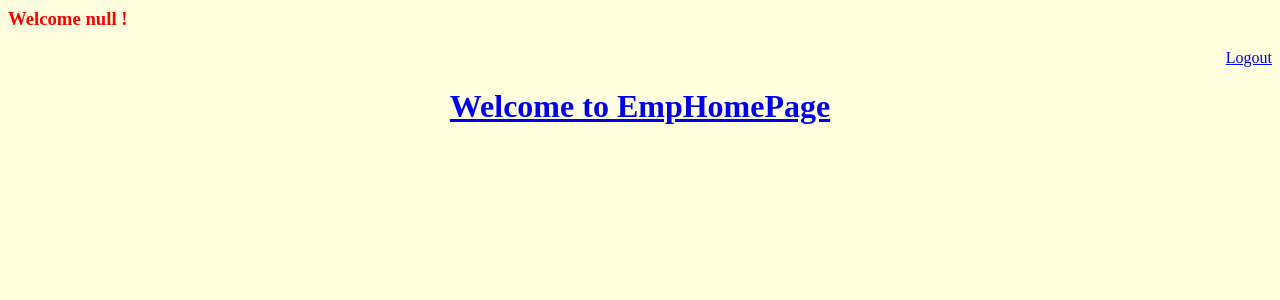
Repository: Ranjith-Kondra/FSD57_MODULE3
Page: http://localhost/EmpWebApp/EmpHomePage
The author's editor kept a copy of each file at every save. The page is drawn from the files as they stood at one save, then again after the next save.
The browser window is 1280 px wide. The pictures show the whole page.
The page is served by Tomcat 9.

Above is the page before, as saved 2024-01-05 11:45:43.

After the next save:
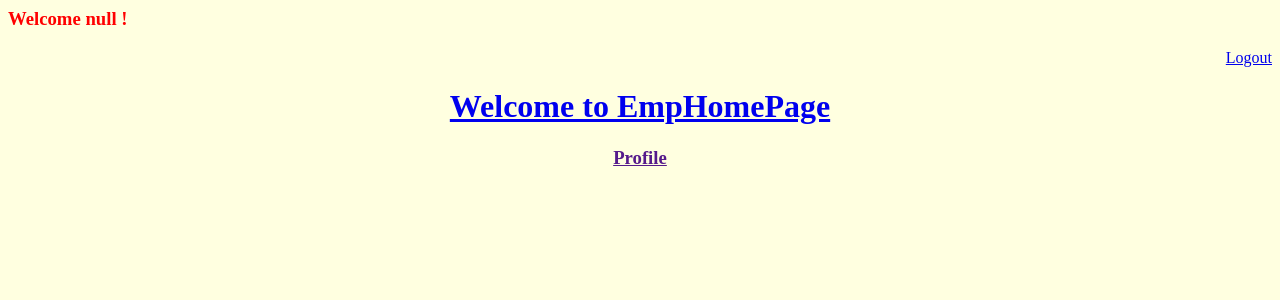
Saved 2 days later.
--- a/AdvJava/WorkSpace2/EmpWebApp/src/com/web/EmpHomePage.java
+++ b/AdvJava/WorkSpace2/EmpWebApp/src/com/web/EmpHomePage.java
@@ -30,7 +30,7 @@ public class EmpHomePage extends HttpServlet {
 
 			out.println("<center>");
 			out.println("<h1>Welcome to EmpHomePage</h1>");
-
+		    out.println("<h3><a href = ''>Profile</a></h3>");
 		    out.println("</center>");
 		    out.println("</body>");
 		    out.println("</html>");
